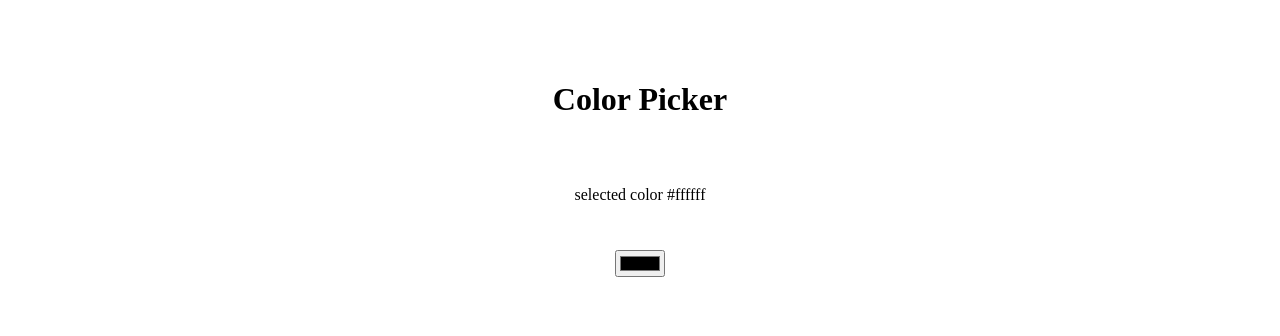
Repository: wakoya-tech/color-picker
Page: /
The author's editor kept a copy of each file at every save. The page is drawn from the files as they stood at one save, then again after the next save.
The browser window is 1280 px wide. The pictures show the whole page.
The project was rebuilt for these pictures with package versions that can differ from the ones it lists, and the page was loaded fresh each time. Also part of the build but not shown: vite.config.js, src/index.css.

Above is the page before, as saved 2025-10-16 20:48:29.

### src/App.jsx
import { useState } from 'react'
import reactLogo from './assets/react.svg'
import './App.css'
import ColorPicker from './ColorPicker'

function App() {
return(<>

<ColorPicker/>
</>)
}

export default App

### src/App.css
body{
  background-color: white;
  color: black;
}
.color-picker-container{
  display: flex;
flex-direction: column;
align-items: center;
  padding: 50px;
  margin: 10px;
}
.color-display{
  padding: 30px 20px;
  border: none;
  border-radius: 25px;
}

### src/ColorPicker.jsx
import React, { useState } from 'react'

function ColorPicker() {
  const [color,setColor]=useState("#ffffff");
function handleColorChange(e)
{
  setColor(e.target.value);
}
  return (
    <div className='color-picker-container'>
<h1>Color Picker</h1>
<div className='color-display' style={{backgroundColor :color}}>
  <p>selected color {color}</p>
</div>
    <div>
      <label Select a color></label>
      <input type="color" onChange={handleColorChange}/>
    </div>
    </div>
  )
}

export default ColorPicker

Loaded but not shown: index.html (common file); src/main.jsx (common file)

After the next save:
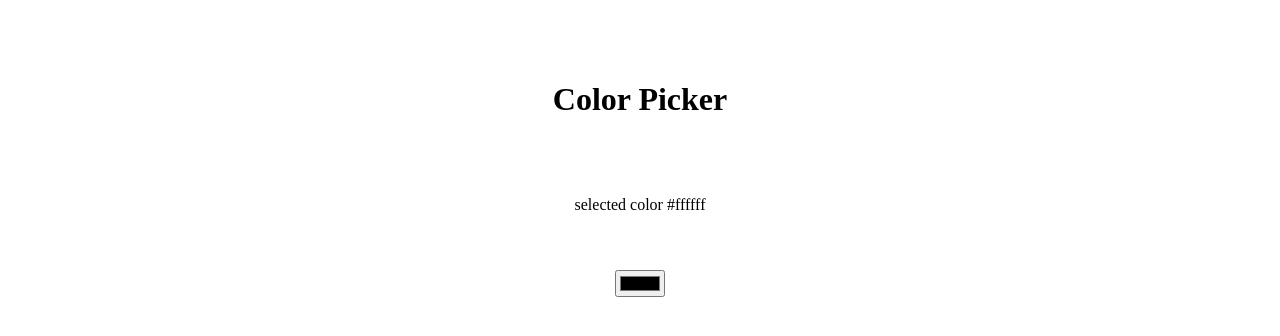
Saved 23 s later.
--- a/src/App.css
+++ b/src/App.css
@@ -13,4 +13,5 @@ align-items: center;
   padding: 30px 20px;
   border: none;
   border-radius: 25px;
+  margin: 10px;
 }
